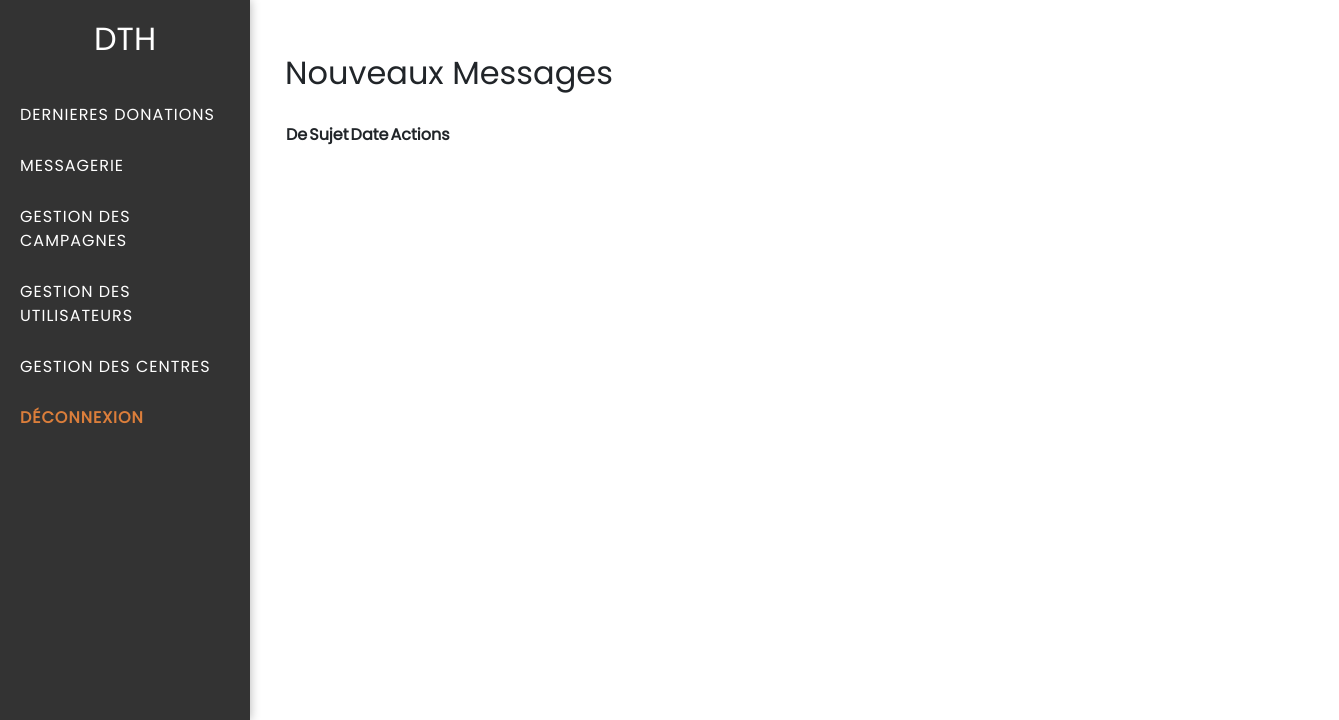
Repository: BrunoVgs/DTH
Page: templates/admin/message.html.twig
These files come from the project's save history. The page is drawn as it stood at one moment and after the next save; the edit follows.
The browser window is 1280 px wide. The page is 1339 px wide, so the pictures cover 1339 px, including what lies to the right of the window. The pictures show the whole page.
The page is a Twig template of a Symfony application; nobody is signed in and links lead nowhere. The template is opened directly, without the code that normally fills it, so the values that code supplies are empty.

Above is the page before, as saved 2023-08-07 16:52:44.

After the next save:
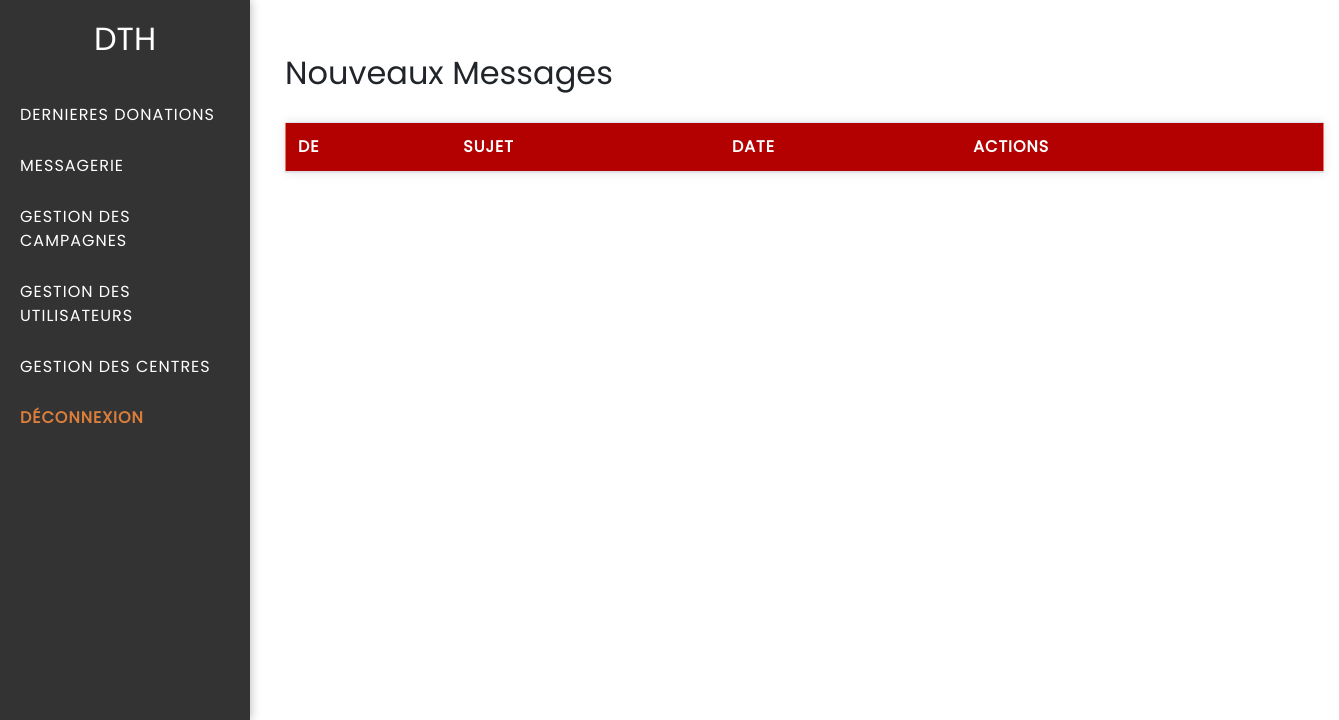
Saved 9 s later.
--- a/templates/admin/message.html.twig
+++ b/templates/admin/message.html.twig
@@ -6,7 +6,7 @@
 <div class="container-fluid">
     <h1>Nouveaux Messages</h1>
 
-    <table>
+    <table class="table table-striped">
         <thead>
             <tr>
                 <th>De</th>
@@ -22,7 +22,7 @@
                     <td>{{ message.subject }}</td>
                     <td>{{ message.createdAt|date('d/m/Y H:i') }}</td>
                     <td>
-                        <a href="#">Voir</a>
+                        <a href="#" class="btn btn-primary">Voir</a>
                     </td>
                 </tr>
             {% endfor %}
